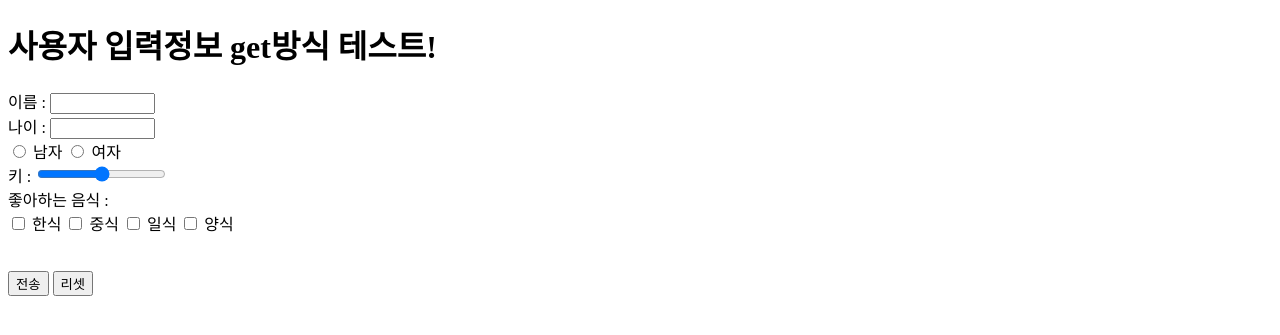
Repository: pcc767/khSchool
Page: dev-source_Servlet/01_ServletBasic/src/main/webapp/views/userForm2.html
An editor plug-in stored every save of this project. The page is shown before and after the next save, followed by the edit.
The browser window is 1280 px wide. The pictures show the whole page.

Above is the page before, as saved 2022-07-11 11:07:11.

### dev-source_Servlet/01_ServletBasic/src/main/webapp/views/userForm2.html
<!DOCTYPE html>
<html>
<head>
<meta charset="UTF-8">
<title>사용자 입력정보 - post</title>
</head>
<body>
	<h1>사용자 입력정보 get방식 테스트!</h1>
	<form action="../method.do" method="post" >
		<label>이름 : <input type="text" name="name" size=10> </label> <br>
		<label>나이 : <input type="text" name="age" size=10> </label>  <br>
		<label><input type="radio" name="gender" value="남자"> 남자 </label>
		<label><input type="radio" name="gender" value="여자"> 여자 </label>  <br>
		<label>키 : <input type="range" name="height" min="120" max="200"> </label> <br>
		<label>좋아하는 음식 : </label> <br>
		<label><input type="checkbox" name="food" value="한식"> 한식 </label>
		<label><input type="checkbox" name="food" value="중식"> 중식 </label>
		<label><input type="checkbox" name="food" value="일식"> 일식 </label>
		<label><input type="checkbox" name="food" value="양식"> 양식 </label>
		<br><br><br>
		<input type="submit" value="전송">
		<input type="reset" value="리셋">
	</form>
</body>
</html>

After the next save:
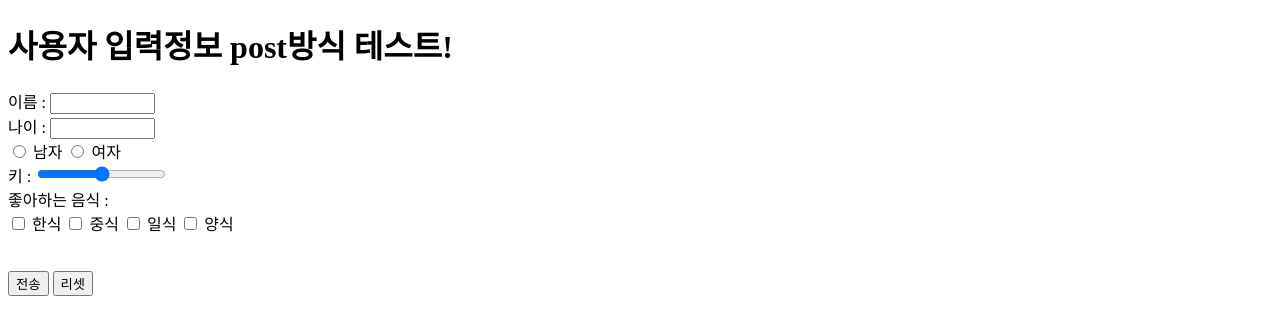
Saved 22 s later.
--- a/dev-source_Servlet/01_ServletBasic/src/main/webapp/views/userForm2.html
+++ b/dev-source_Servlet/01_ServletBasic/src/main/webapp/views/userForm2.html
@@ -5,7 +5,7 @@
 <title>사용자 입력정보 - post</title>
 </head>
 <body>
-	<h1>사용자 입력정보 get방식 테스트!</h1>
+	<h1>사용자 입력정보 post방식 테스트!</h1>
 	<form action="../method.do" method="post" >
 		<label>이름 : <input type="text" name="name" size=10> </label> <br>
 		<label>나이 : <input type="text" name="age" size=10> </label>  <br>
